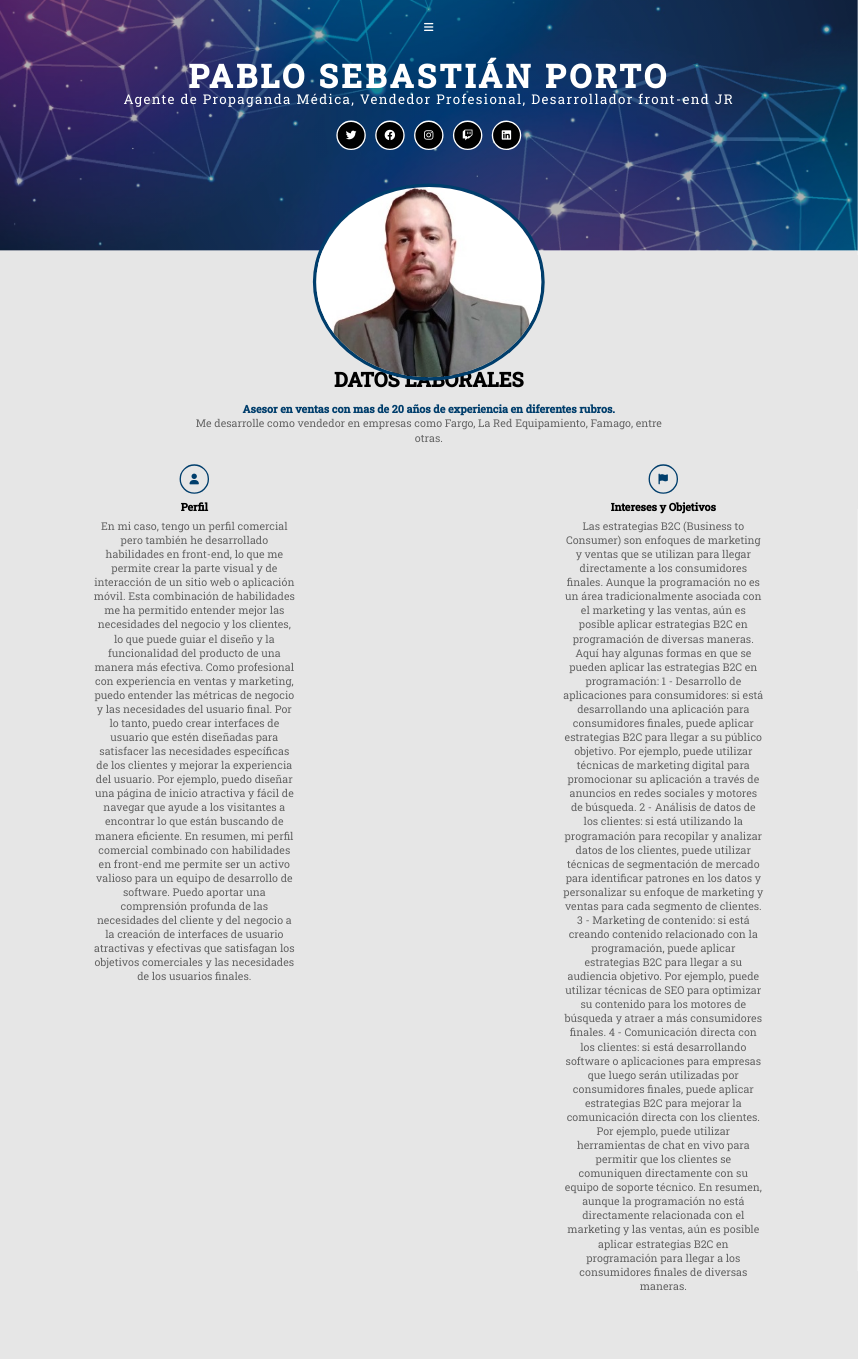
Repository: PabloSebastianPorto/Entrega-CV-1-ARG-PROG
Page: CVFINAL/CVfinal.HTML
The author's editor kept a copy of each file at every save. The page is drawn from the files as they stood at one save, then again after the next save.
The browser window is 1280 px wide. The pictures show the whole page, at 67% of full size.
Some web libraries are served in a nearby version.

Above is the page before, as saved 2023-02-26 21:51:07.

### CVFINAL/CVfinal.HTML
<!DOCTYPE html>
<html lang="es">
  <head>
    <meta charset="UTF-8" />
    <meta http-equiv="X-UA-Compatible" content="IE=edge" />
    <meta name="viewport" content="width=device-width, initial-scale=1.0" />
    <title>Document</title>
    <link
      rel="stylesheet"
      href="https://cdnjs.cloudflare.com/ajax/libs/font-awesome/6.3.0/css/all.min.css"
      integrity="sha512-SzlrxWUlpfuzQ+pcUCosxcglQRNAq/DZjVsC0lE40xsADsfeQoEypE+enwcOiGjk/bSuGGKHEyjSoQ1zVisanQ=="
      crossorigin="anonymous"
      referrerpolicy="no-referrer"
    />
    <link rel="stylesheet" href="CVfinal.css" />
    <title>CV Pablo Sebastián Porto</title>
  </head>
  <body>
    <section class="inicio" id="inicio">
      <div class="contenido-seccion">
        <header>
          <div class="nav-clas"></div>
          <i class="fa-solid fa-bars"></i>
          <nav id="nav" class="nav">
            <a href="#Inicio">Inicio</a>
            <a href="#Sobre Mí">Sobre Mí</a>
            <a href="#Habilidades">Habilidades</a>
            <a href="#Contactame">Contactame</a>
          </nav>
        </header>
        <div class="info">
          <h1>PABLO SEBASTIÁN PORTO</h1>
          <h2>
            Agente de Propaganda Médica, Vendedor Profesional, Desarrollador
            front-end JR
          </h2>
          <div class="redes">
            <a href="#"><i class="fa-brands fa-twitter"></i></a>
            <a href="#"><i class="fa-brands fa-facebook"></i></a>
            <a href="#"><i class="fa-brands fa-instagram"></i></a>
            <a href="#"><i class="fa-brands fa-twitch"></i></a>
            <a href="#"><i class="fa-brands fa-linkedin"></i></a>
          </div>
        </div>
        <div class="foto">
          <img
            src="IMG/CVfoto.jpg"
            alt="Aca va una imagen, pero se la robaron"
          />
        </div>
      </div>
    </section>
    <section class="sobremi" id="sobremi">
      <div class="contenido-seccion">
        <h2 class="titulo-seccion">Sobre Mí</h2>
        <h3>Datos Laborales</h3>
        <p class="especial">
          Asesor en ventas con mas de 20 años de experiencia en diferentes
          rubros.
        </p>
        <p>
          Me desarrolle como vendedor en empresas como Fargo, La Red
          Equipamiento, Famago, entre otras.
        </p>
        <div class="fila">
          <div class="col">
            <i class="fa-solid fa-user"></i>
            <span class="titulo-detalle">Perfil</span>
            <p>
              En mi caso, tengo un perfil comercial pero también he desarrollado
              habilidades en front-end, lo que me permite crear la parte visual
              y de interacción de un sitio web o aplicación móvil. Esta
              combinación de habilidades me ha permitido entender mejor las
              necesidades del negocio y los clientes, lo que puede guiar el
              diseño y la funcionalidad del producto de una manera más efectiva.
              Como profesional con experiencia en ventas y marketing, puedo
              entender las métricas de negocio y las necesidades del usuario
              final. Por lo tanto, puedo crear interfaces de usuario que estén
              diseñadas para satisfacer las necesidades específicas de los
              clientes y mejorar la experiencia del usuario. Por ejemplo, puedo
              diseñar una página de inicio atractiva y fácil de navegar que
              ayude a los visitantes a encontrar lo que están buscando de manera
              eficiente. En resumen, mi perfil comercial combinado con
              habilidades en front-end me permite ser un activo valioso para un
              equipo de desarrollo de software. Puedo aportar una comprensión
              profunda de las necesidades del cliente y del negocio a la
              creación de interfaces de usuario atractivas y efectivas que
              satisfagan los objetivos comerciales y las necesidades de los
              usuarios finales.
            </p>
          </div>
          <div class="col">
            <i class="fa-solid fa-flag"></i>
            <span class="titulo-detalle">Intereses y Objetivos</span>
            <p>
              Las estrategias B2C (Business to Consumer) son enfoques de
              marketing y ventas que se utilizan para llegar directamente a los
              consumidores finales. Aunque la programación no es un área
              tradicionalmente asociada con el marketing y las ventas, aún es
              posible aplicar estrategias B2C en programación de diversas
              maneras. Aquí hay algunas formas en que se pueden aplicar las
              estrategias B2C en programación: 1 - Desarrollo de aplicaciones
              para consumidores: si está desarrollando una aplicación para
              consumidores finales, puede aplicar estrategias B2C para llegar a
              su público objetivo. Por ejemplo, puede utilizar técnicas de
              marketing digital para promocionar su aplicación a través de
              anuncios en redes sociales y motores de búsqueda. 2 - Análisis de
              datos de los clientes: si está utilizando la programación para
              recopilar y analizar datos de los clientes, puede utilizar
              técnicas de segmentación de mercado para identificar patrones en
              los datos y personalizar su enfoque de marketing y ventas para
              cada segmento de clientes. 3 - Marketing de contenido: si está
              creando contenido relacionado con la programación, puede aplicar
              estrategias B2C para llegar a su audiencia objetivo. Por ejemplo,
              puede utilizar técnicas de SEO para optimizar su contenido para
              los motores de búsqueda y atraer a más consumidores finales. 4 -
              Comunicación directa con los clientes: si está desarrollando
              software o aplicaciones para empresas que luego serán utilizadas
              por consumidores finales, puede aplicar estrategias B2C para
              mejorar la comunicación directa con los clientes. Por ejemplo,
              puede utilizar herramientas de chat en vivo para permitir que los
              clientes se comuniquen directamente con su equipo de soporte
              técnico. En resumen, aunque la programación no está directamente
              relacionada con el marketing y las ventas, aún es posible aplicar
              estrategias B2C en programación para llegar a los consumidores
              finales de diversas maneras.
            </p>
          </div>
        </div>
      </div>
    </section>
  </body>
</html>

### CVFINAL/CVfinal.css
@import url("https://fonts.googleapis.com/css2?family=Roboto+Slab:wght@100;200;300;400;500&display=swap");
* {
  font-family: "Roboto Slab", serif;
  margin: 0;
  padding: 0;
}
html {
  scroll-behavior: smooth;
}
.inicio {
  background: linear-gradient(rgba(0, 0, 0, 0.3), rgba(0, 0, 0, 0.3)),
    url(IMG/imagen-fondo.jpg);
  background-size: cover;
  background-position: center center;
  color: #ffffff;
}
.inicio .contenido-seccion {
  max-width: 1000px;
  margin: auto;
  text-align: center;
  padding: 0 10px;
}
.inicio .contenido-seccion header {
  padding: 30px;
}
.inicio .contenido-seccion header nav {
  position: fixed;
  margin-left: 60px;
  background-color: #2b092e;
  padding: 15px;
  border-radius: 10px;
  text-align: left;
  z-index: 99;
  display: none;
}
.inicio .contenido-seccion header nav a {
  display: block;
  color: #86e41b;
  text-decoration: none;
  margin-bottom: 10px;
  font-weight: bold;
}
.inicio .contenido-seccion header .nav-bar {
  position: fixed;
  background-color: #940253;
  font-size: 20px;
  width: 50px;
  height: 50px;
  border-radius: 50%;
  line-height: 50px;
  cursor: pointer;
  transition: 0.3s;
}
.inicio .contenido-seccion header .nav-bar:hover {
  box-shadow: 0 0 35px #fff;
}
.inicio .contenido-seccion .info {
  padding-bottom: 130px;
}
.inicio .contenido-seccion .info h1 {
  font-size: 3rem;
  letter-spacing: 5px;
}
.inicio .contenido-seccion .info h2 {
  font-weight: normal;
  font-size: 20px;
  margin-top: -10px;
  letter-spacing: 2px;
}
.inicio .contenido-seccion .info .redes {
  margin: 20px 0;
}
.inicio .contenido-seccion .info .redes a {
  display: inline-block;
  text-decoration: none;
  background-color: #000;
  color: #ffffff;
  border: 2px solid #ffffff;
  border-radius: 50%;
  width: 40px;
  height: 40px;
  line-height: 40px;
  margin: 0 5px;
  transition: 0.3s;
}
.inicio .contenido-seccion .info .redes a:hover {
  color: #fff;
  background-color: #003e6c;
  box-shadow: 0 0 20px #fff;
}
.inicio .contenido-seccion .foto {
  position: relative;
}
.inicio .contenido-seccion .foto img {
  max-width: 350px;
  max-height: 350px;
  border-radius: 50%;
  border: 5px solid #003e6c;
  position: absolute;
  left: 50%;
  top: -100px;
  transform: translateX(-50%);
}
.sobremi {
  background-color: #e6e6e6;
  padding: 140px 0 100px 0;
  text-align: center;
}
.sobremi .contenido-seccion {
  max-width: 1000px;
  margin: auto;
  padding: 0 10px;
}
.sobremi .contenido-seccion h3 {
  text-transform: uppercase;
  font-size: 30px;
}
.sobremi .contenido-seccion .especial {
  color: #003e6c;
  font-weight: bold;
  margin-top: 15px;
}
.sobremi .contenido-seccion p {
  max-width: 700px;
  margin: auto;
  color: #666;
}
.sobremi .contenido-seccion .fila {
  display: flex;
  margin-top: 30px;
  justify-content: space-between;
}
.sobremi .contenido-seccion .fila .col {
  width: 30%;
}
.sobremi .contenido-seccion .fila .col i {
  color: #003e6c;
  display: inline-block;
  width: 40px;
  height: 40px;
  border: 2px solid #003e6c;
  line-height: 40px;
  border-radius: 50%;
}
.sobremi .contenido-seccion .fila .col span {
  display: block;
  font-weight: bold;
  margin: 8px 0;
}

After the next save:
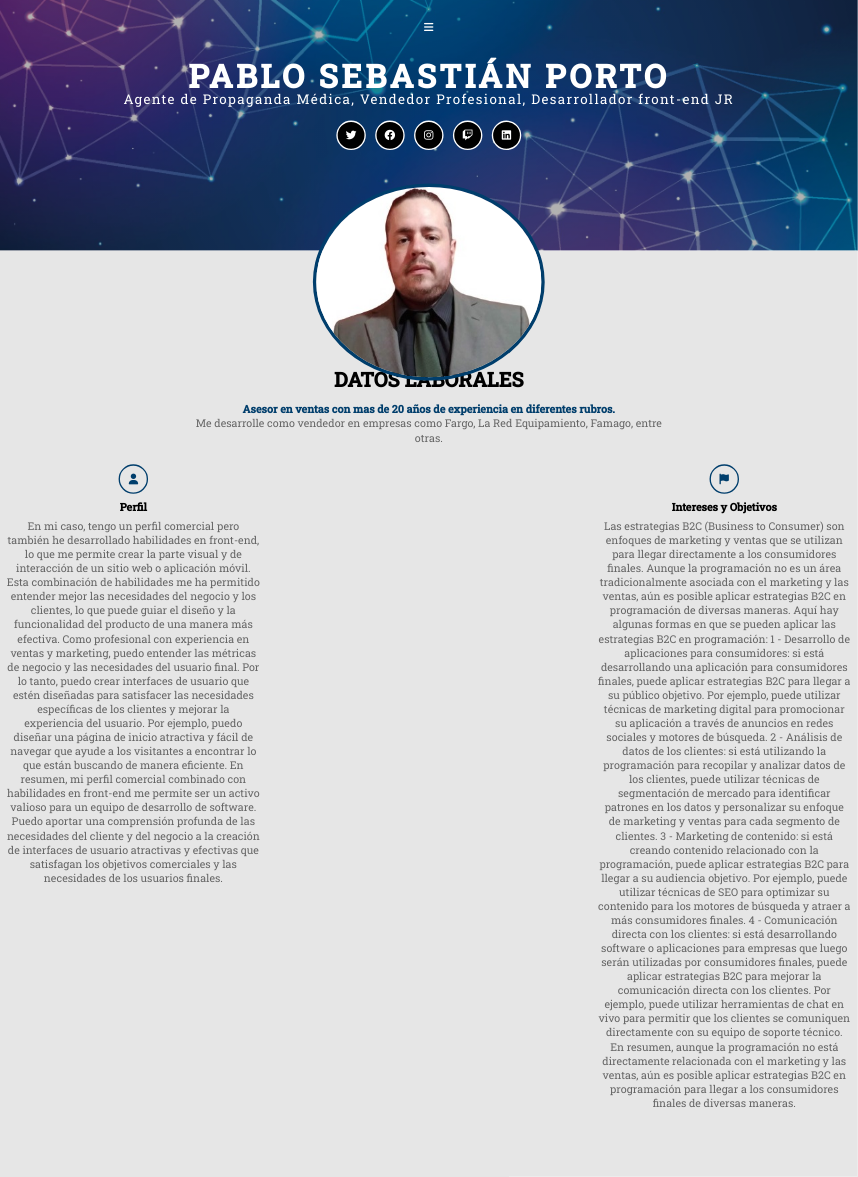
Saved 75 s later.
--- a/CVFINAL/CVfinal.css
+++ b/CVFINAL/CVfinal.css
@@ -107,7 +107,7 @@ html {
   text-align: center;
 }
 .sobremi .contenido-seccion {
-  max-width: 1000px;
+  max-width: 2000px;
   margin: auto;
   padding: 0 10px;
 }
